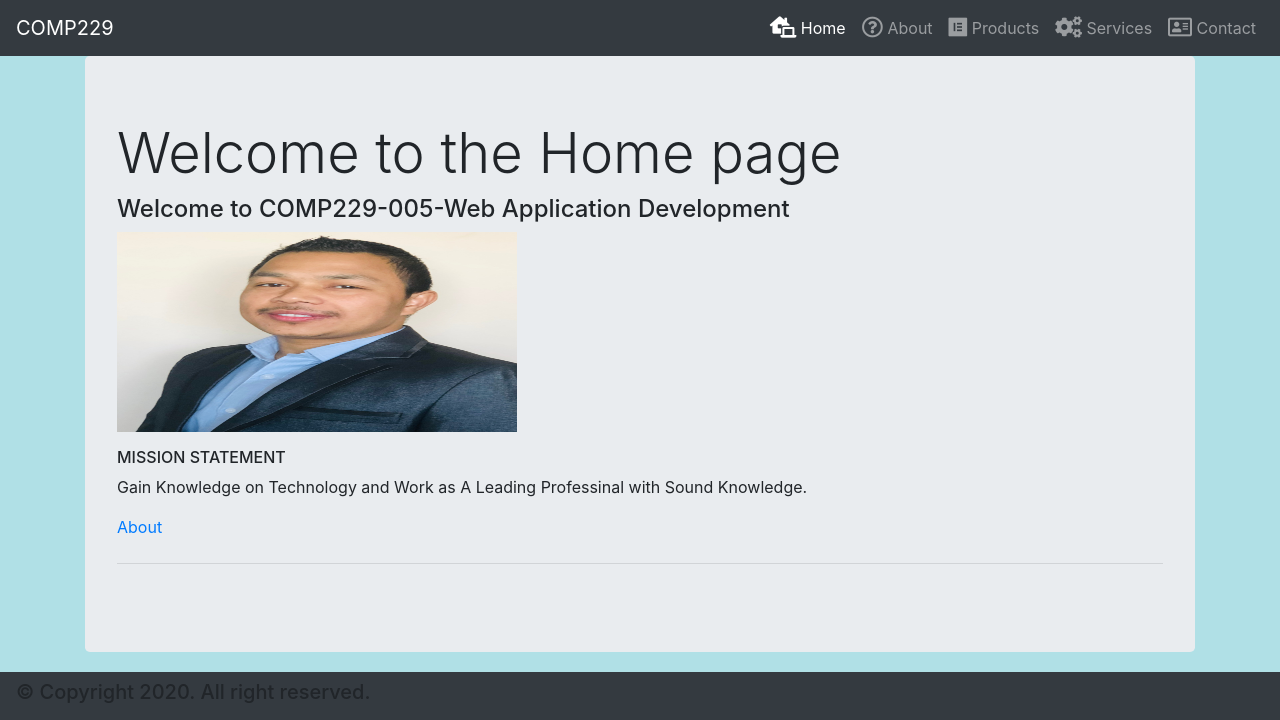
Repository: laxmangothe2020/COMP229Assignment
Page: http://localhost/
These files come from the project's save history. The page is drawn as it stood at one moment and after the next save; the edit follows.
The browser window is 1280 px wide. The pictures show the whole page.
The page is served by the project's Node server (server.js). Other server files are loaded and not shown.

Above is the page before, as saved 2021-02-11 00:48:25.

### views/index.ejs

<%- include partials/header.ejs %>

   <%- include partials/main_nav.ejs %>

      <!-- Main Contain -->
   <main class="container">
    <div class="jumbotron">
    <h1 class="display-4"> Welcome to the <%= title %> page </h1>
    <!--Using Switch case all infornation passed through here-->
      <% switch (title) {
        case 'Home' : %>
        <%- include partials/home.ejs %>
                <% break;

        case 'About' : %>
        <%- include partials/about.ejs %>
                <% break;

        case 'Products' : %>
        <%- include partials/products.ejs %>
                <% break;

        case 'Services' : %>
        <%- include partials/services.ejs %>
                <% break;

        case 'Contact' : %>
        <%- include partials/contact.ejs %>
              <% break;
       } %>
      <hr class="my-4">
    </div>
  </main>

   <%- include partials/bottom_nav.ejs %>


    <%- include partials/footer.ejs %>

### views/partials/header.ejs

<!DOCTYPE html>
<html lang="en">
  <head>
   <meta charset="UTF-8">
   <meta name="viewport" content="with=device-width, initial-scale=1.0">
    <title><%= title %></title>

  <!-- CSS Section-->
  <link rel="stylesheet" href="/bootstrap/dist/css/bootstrap.min.css">
  <link rel="stylesheet" href="/@fortawesome/fontawesome-free/css/all.min.css">
  <link rel='stylesheet' href='/Content/app.css'/>

</head>
<body>

### views/partials/main_nav.ejs
<!-- Main Navigation -->
   <nav class="navbar navbar-expand-lg navbar-dark bg-dark">
      <a class="navbar-brand" href="/">COMP229</a>
      <button class="navbar-toggler" type="button" data-toggle="collapse" data-target="#navbarSupportedContent" aria-controls="navbarSupportedContent" aria-expanded="false" aria-label="Toggle navigation">
       <span class="navbar-toggler-icon"></span>
     </button>

     <div class="collapse navbar-collapse" id="navbarSupportedContent">
        <ul class="navbar-nav ml-auto">

          <% if (title == "Home") { %>
        <li class="nav-item active">
        <% } else { %>
        <li class="nav-item">
        <% } %>
          <a class="nav-link" href="/home"><i class="fas fa-lg fa-laptop-house"></i> Home </a>
        </li>

        <% if (title == "About") { %>
          <li class="nav-item active">
          <% } else { %>
          <li class="nav-item">
          <% } %>
        <a class="nav-link" href="/about"><i class="far fa-lg fa-question-circle"></i> About </a>
        </li>

        <% if (title == "Products") { %>
          <li class="nav-item active">
          <% } else { %>
          <li class="nav-item">
          <% } %>
        <a class="nav-link" href="/products"><i class="fab fa-lg fa-elementor"></i> Products </a>
        </li>

        <% if (title == "Services") { %>
          <li class="nav-item active">
          <% } else { %>
          <li class="nav-item">
          <% } %>
        <a class="nav-link" href="/services"><i class="fas fa-lg fa-cogs"></i> Services </a>
        </li>

        <% if (title == "Contact") { %>
          <li class="nav-item active">
          <% } else { %>
          <li class="nav-item">
          <% } %>
        <a class="nav-link" href="/contact"><i class="far fa-lg fa-address-card"></i> Contact </a>

        </li>

      </div>
    </nav>

### views/partials/home.ejs
<body>

    <div class="content">
        <h4>Welcome to COMP229-005-Web Application Development</h4>
        <img src="./Assets/images/lax.jpeg" width="400" height="200" >
        <p>
            <h6> MISSION STATEMENT</h6> Gain Knowledge on Technology and Work as A Leading Professinal with Sound Knowledge.
        </p>
        <p>
            <a href="/about"> About </a>
        </p>
    </div>

</body>

### views/partials/about.ejs

         <div id="contentEditable">


                    <div style="background-color: #C0C0C0;margin-bottom: 10px">
                        <h3 style="padding-left: 40px;padding-top:20px;color: #AA7439"> About Me </h3>
                        <div style="width: 100%;height:100%;background-color:#C0C0C0;">
                            <img src="./Assets/images/laxman.jpeg" alt="Security for Life" width="175" style="float: right;margin-left: 30px;margin-right:30px">
                           <p style="padding-left:15px; padding-right: 10px; color:#696969;margin:20px;text-align: justify;line-height:1.7;padding-bottom: 20px;">
                             &nbsp;&nbsp;&nbsp;&nbsp;&nbsp;&nbsp;&nbsp;&nbsp;The Civil Homes REALTORS® is a small, family owned real estate company with full-time Professional REALTORS®. We have been in business in Madison since 1990 and have helped hundreds of people and families buy and sell homes throughout the years all over Madison, Dane County and the surrounding counties. The Civil Homes REALTORS® is licensed in the State of Toronto.
                             <br>
                             <br>&nbsp;&nbsp;&nbsp;&nbsp;&nbsp;&nbsp;&nbsp;&nbsp;We pride ourselves on the quality of service that we provide, not the quantity that we sell. We find that our clients are extremely satisfied with the services we provide, because they know that our first concern is always their best interests. The wants and needs of our clients are always at the forefront of our business practices and are the driving force behind all that we do.
                             <br>&nbsp;&nbsp;&nbsp;&nbsp;&nbsp;&nbsp;&nbsp;&nbsp;We pride ourselves on the quality of service that we provide, not the quantity that we sell.
                           </p>
                       </div>


                    </div>
        </div>
<p><a href="/public/PDF/resume.pdf"> Resume </a></button></p>

### views/partials/products.ejs
<div class="row">
    <div class="column">
        <img src="./Assets/images/mobile.jpg" width="350" height="250" >
        <p> The main purpose to develop this project is<br>
            to roll the dice. we have two diaces here, <br>
            when we click on the roll button, it shows<br>
            the number and also shows the total number<br>
            by adding the number of both dice.</p>
    </div>
    <div class="column">
        <img src="./Assets/images/game.jpg" width="350" height="250" >
        <p> This is the Slot Machine Project. The main<br>
            purpose to develop this project is to show<br>
            how the jackpot works. When we bet  amount<br>
            and play,it shows either we win the game or<br>
            loose. It shows credic, balance and jackpot.</p>
    </div>
    <div class="column">
        <img src="./Assets/images/software.jpg" width="350" height="250" >
        <p> This is a 5 page project of Web Application<br>
            The main purpose to develop this project is <br>
            to run multi-pages and show the importance <br>
            of each pages. Home, About, Products, Services<br>
            and Contact pages are the pages of this project</p>
    </div>
 </div>

### views/partials/services.ejs
<div class="row">
    <div class="column">
        <img src="./Assets/images/qualityassurance.jpg" width="350" height="250" >
    </div>
    <div class="column">
        <img src="./Assets/images/softwaredev.jpg" width="350" height="250" >
    </div>
    <div class="column">
        <img src="./Assets/images/technical.jpg" width="350" height="250" >
    </div>
    <h3>Our Services:</h3> <br>
        <p>We work for several aspects of IT related tasks. Our Main purpose is to make sure on the Quality of our products.
            Similarly, Web designing, coding by using C#, JavaScript, Database are our major focus. We provide service to the customer
            in a fast paced way. All the customers are happy with our Service.
        </p>
</div>

### views/partials/contact.ejs
<div class="container">
    <h1 class="display-5">CONTACT FIELD</h1>
    <div id="errorMessage" class="alert alert-danger" role="alert" hidden>

    </div>
    <hr>
    <form id="conactForm">
      <div class="form-group">
        <label for="firstName">First Name</label>
        <input type="text" class="form-control" id="firstName" name="firstName" aria-describedby="firstName"
        placeholder="Enter First Name" required autofocus>
      </div>

      <div class="form-group">
        <label for="lastName">Last Name</label>
        <input type="text" class="form-control" id="lastName" name="lastName" aria-describedby="lastName"
        placeholder="Enter Last Name" required>
      </div>

      <div class="form-group">
        <label for="contactNumber">Contact Number</label>
        <input type="tel" class="form-control" id="contactNumber" name="contactNumber" aria-describedby="contactNumber"
        placeholder="Enter Contact Number" required>
      </div>

      <div class="form-group">
        <label for="emailAddress">Email address</label>
        <input type="email" class="form-control" id="emailAddress" name="emailAddress" aria-describedby="emailAddress"
        placeholder="Enter Email" required>
      </div>

      <div class="form-group">
        <label for="shortMessage">Your Message</label>
        <textarea class="form-control" id="shortMessage"  name="shortMessage" rows="3" aria-describedby="shortMessage" placeholder="--If you have Short message, please write here--" required></textarea></textarea>
      </div>

      <a href="/"><button type="button" value="Submit"class="btn btn-primary btn-lg"><i class="fas fa-file-import"></i>Send</button></a>
      <!--<button id="submitButton" type="submit" class="btn btn-primary btn-lg"><i class="fas fa-share-square"></i> Send</button> -->
      <button id="resetButton" type="reset" class="btn btn-warning btn-lg"><i class="fas fa-redo"></i> Reset</button>
      <br>
      <br>
      <br>
    </form>

  </div>

### views/partials/bottom_nav.ejs
<!-- Bottom Nav -->

    <footer>
    <body style="background-color:powderblue;">
       <nav class="navbar fixed-bottom navbar-dark bg-dark">
           <h5 class="display-6 navbar.text">&copy; Copyright 2020. All right reserved.</h5>
       </nav>
       </body>
    </footer>

### views/partials/footer.ejs
<!-- Script Section-->
    <script src="/jquery/dist/jquery.min.js"></script>
    <script src="/bootstrap/dist/js/bootstrap.min.js"></script>
    <script src="/Scripts/app.js"></script>
 </body>
</html>

### server.js
#!/usr/bin/env node

/**
 * Module dependencies.
 */

let app = require('./app');
let debug = require('debug')('week4:server');
let http = require('http');

/**
 * Get port from environment and store in Express.
 */

let port = normalizePort(process.env.PORT || '3000');
app.set('port', port);

/**
 * Create HTTP server.
 */

let server = http.createServer(app);

/**
 * Listen on provided port, on all network interfaces.
 */

server.listen(port);
server.on('error', onError);
server.on('listening', onListening);

/**
 * Normalize a port into a number, string, or false.
 */

function normalizePort(val) {
  let port = parseInt(val, 10);

  if (isNaN(port)) {
    // named pipe
    return val;
  }

  if (port >= 0) {
    // port number
    return port;
  }

  return false;
}

/**
 * Event listener for HTTP server "error" event.
 */

function onError(error) {
  if (error.syscall !== 'listen') {
    throw error;
  }

  let bind = typeof port === 'string'
    ? 'Pipe ' + port
    : 'Port ' + port;

  // handle specific listen errors with friendly messages
  switch (error.code) {
    case 'EACCES':
      console.error(bind + ' requires elevated privileges');
      process.exit(1);
      break;
    case 'EADDRINUSE':
      console.error(bind + ' is already in use');
      process.exit(1);
      break;
    default:
      throw error;
  }
}

/**
 * Event listener for HTTP server "listening" event.
 */

function onListening() {
  let addr = server.address();
  let bind = typeof addr === 'string'
    ? 'pipe ' + addr
    : 'port ' + addr.port;
  debug('Listening on ' + bind);
}

### routes/index.js
var express = require('express');
var router = express.Router();

/* GET home page. */
router.get('/', function(req, res, next) {
  res.render('index', { title: 'Home'});
});

/* GET home page. */
router.get('/home', function(req, res, next) {
  res.render('index', { title: 'Home'});
});

/* GET About page. */
router.get('/about', function(req, res, next) {
  res.render('index', { title: 'About'});
});

/* GET Products page. */
router.get('/products', function(req, res, next) {
  res.render('index', { title: 'Products'});
});

/* GET Services page. */
router.get('/services', function(req, res, next) {
  res.render('index', { title: 'Services'});
});


/* GET Contact us page. */
router.get('/contact', function(req, res, next) {
  res.render('index', { title: 'Contact'});
});

module.exports = router;

### app.js
//installed third party packages
let createError = require('http-errors');
let express = require('express');
let path = require('path');
let cookieParser = require('cookie-parser');
let logger = require('morgan');

let indexRouter = require('./routes/index');
let usersRouter = require('./routes/users');

let app = express();

// view engine setup
app.set('views', path.join(__dirname, 'views'));
app.set('view engine', 'ejs');

app.use(logger('dev'));
app.use(express.json());
app.use(express.urlencoded({ extended: false }));
app.use(cookieParser());
app.use(express.static(path.join(__dirname, 'public')));
app.use(express.static(path.join(__dirname, 'node_modules')));

app.use('/', indexRouter);
app.use('/users', usersRouter);
app.use('/public/images', express.static('./public/images') ) ;
app.use('/public/PDF', express.static('./public/PDF'));
app.use('/views/partials', express.static('./views/partials'));


// catch 404 and forward to error handler
app.use(function(req, res, next) {
  next(createError(404));
});

// error handler
app.use(function(err, req, res, next) {
  // set locals, only providing error in development
  res.locals.message = err.message;
  res.locals.error = req.app.get('env') === 'development' ? err : {};

  // render the error page
  res.status(err.status || 500);
  res.render('error');
  res.render('error', {title: 'Error'});
});

module.exports = app;

### public/Content/app.css
/* Custom CSS goes here */

### public/Scripts/app.js
// IIFE
(function(){
    function start()
    {
        console.log("App started...")
    }
    window.addEventListener("load", start);

})();

After the next save:
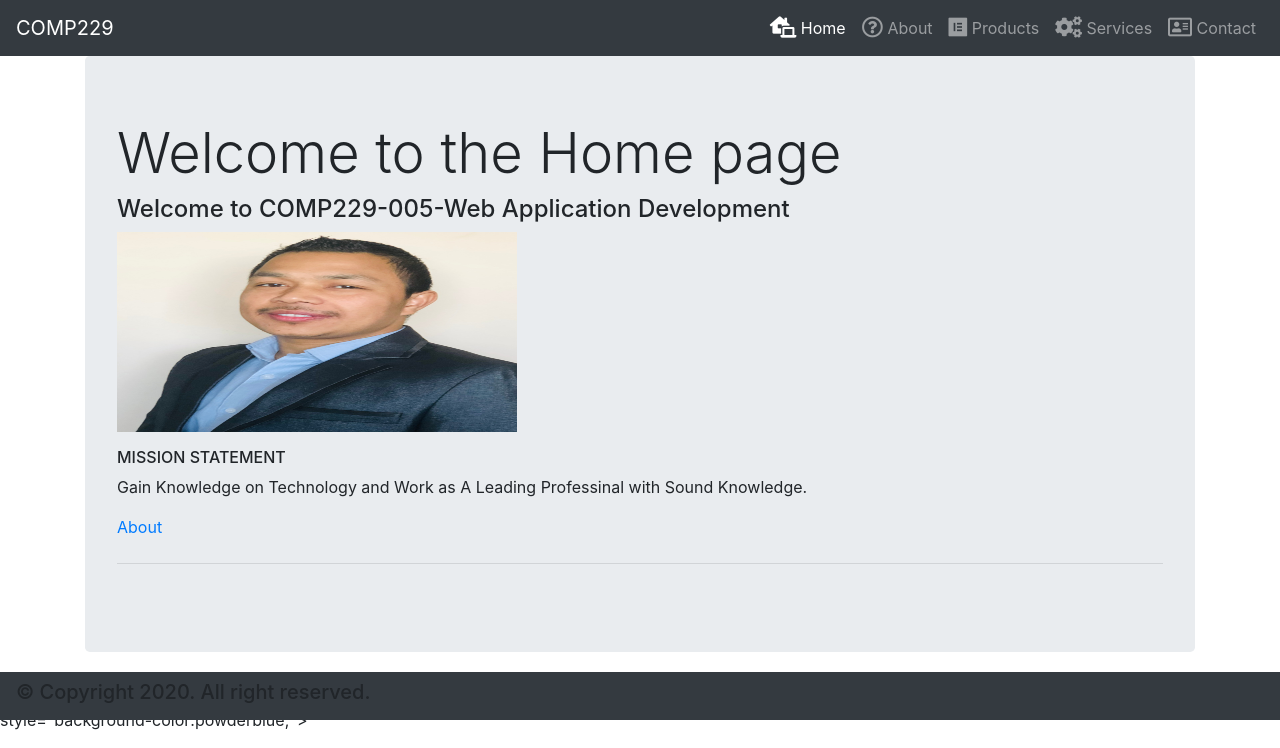
Saved 60 s later.
--- a/views/partials/bottom_nav.ejs
+++ b/views/partials/bottom_nav.ejs
@@ -1,9 +1,9 @@
 <!-- Bottom Nav -->
 
     <footer>
-    <body style="background-color:powderblue;">
+    <<p> style="background-color:powderblue;">
        <nav class="navbar fixed-bottom navbar-dark bg-dark">
            <h5 class="display-6 navbar.text">&copy; Copyright 2020. All right reserved.</h5>
        </nav>
-       </body>
+      </p>
     </footer>
